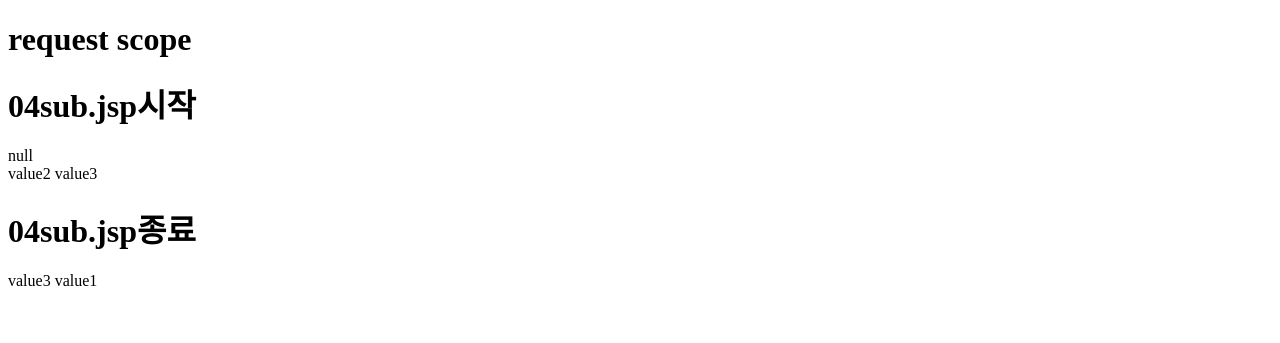
Repository: JJinBBangg/JSP
Page: http://localhost/jsp/ch05/lecture/01object/03scope.jsp
These files come from the project's save history. The page is drawn as it stood at one moment and after the next save; the edit follows.
The browser window is 1280 px wide. The pictures show the whole page.
The page is served by Tomcat 9. Other server files are loaded and not shown.

Above is the page before, as saved 2023-03-31 05:32:10.

### jsp/src/main/webapp/ch05/lecture/01object/03scope.jsp
<%@ page language="java" contentType="text/html; charset=UTF-8"
    pageEncoding="UTF-8"%>
<%@ page import="java.util.*"%>
<!DOCTYPE html>
<html>
<head>
<meta charset="UTF-8">
<title>Insert title here</title>
</head>
<body>
	<h1>request scope</h1>
	<%
	//page scope
	pageContext.setAttribute("attr1", "value1");
	//request scope
	request.setAttribute("attr3", "value3");
	%>
	<jsp:include page="04sub.jsp"/>
	<%
	String a1 = (String)pageContext.getAttribute("attr1");
	%>
	<%=request.getAttribute("attr3") %>
	<%=a1 %>
</body>
</html>

### jsp/src/main/webapp/ch05/lecture/01object/04sub.jsp
<%@ page language="java" contentType="text/html; charset=UTF-8"
    pageEncoding="UTF-8"%>
<%@ page import="java.util.*"%>
<%
Object i = pageContext.getAttribute("attr1");

pageContext.setAttribute("attr2", "value2");

Object o2 = request.getAttribute("attr3");
%>
<h1>04sub.jsp시작</h1>
<div>
<%=i %>
</div>
<%=pageContext.getAttribute("attr2") %>
<%=request.getAttribute("attr3") %>
<h1>04sub.jsp종료</h1>

After the next save:
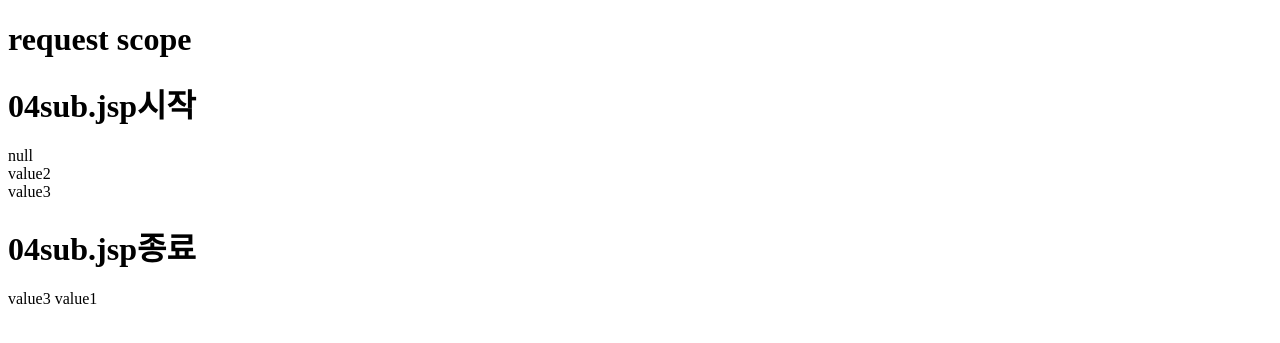
Saved 9 s later.
--- a/jsp/src/main/webapp/ch05/lecture/01object/04sub.jsp
+++ b/jsp/src/main/webapp/ch05/lecture/01object/04sub.jsp
@@ -12,6 +12,6 @@ Object o2 = request.getAttribute("attr3");
 <div>
 <%=i %>
 </div>
-<%=pageContext.getAttribute("attr2") %>
+<%=pageContext.getAttribute("attr2") %> <br />
 <%=request.getAttribute("attr3") %>
 <h1>04sub.jsp종료</h1>
